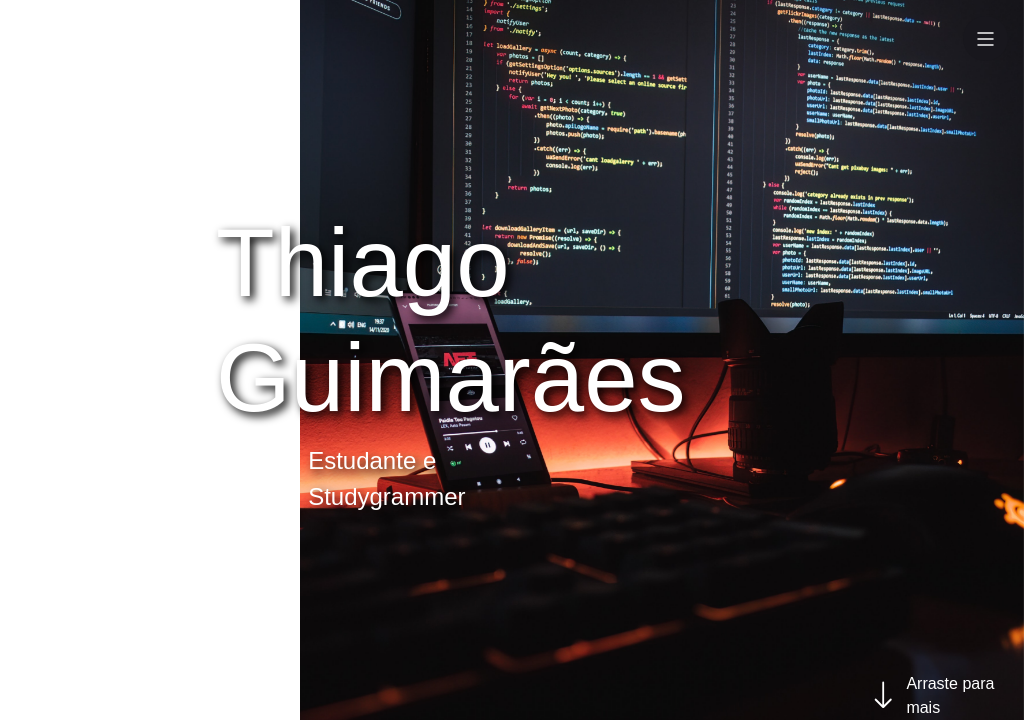
Repository: Rayago/projeto-portfolio
Page: http://localhost/
The author's editor kept a copy of each file at every save. The page is drawn from the files as they stood at one save, then again after the next save.
The browser window is 1024 px wide. The pictures show the whole page.
Some web fonts or font styles are not loaded; a fallback is used. The page is served by the project's application, run on Flask 3 (app.py).

Above is the page before, as saved 2022-07-12 18:02:58.

After the next save:
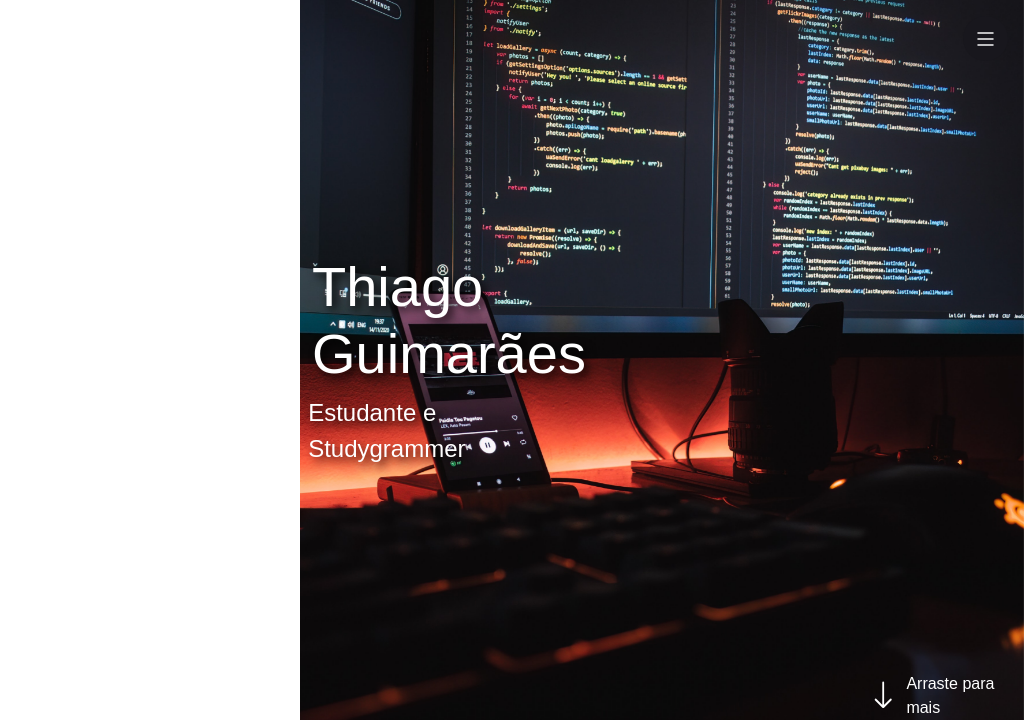
Saved 22 s later.
--- a/static/style.css
+++ b/static/style.css
@@ -150,7 +150,7 @@ i.menu-mobile {
         display: flex;
     }
 
-    h1{
+    section#inicio h2 {
         font-size: 3.5rem;
     }
 }
